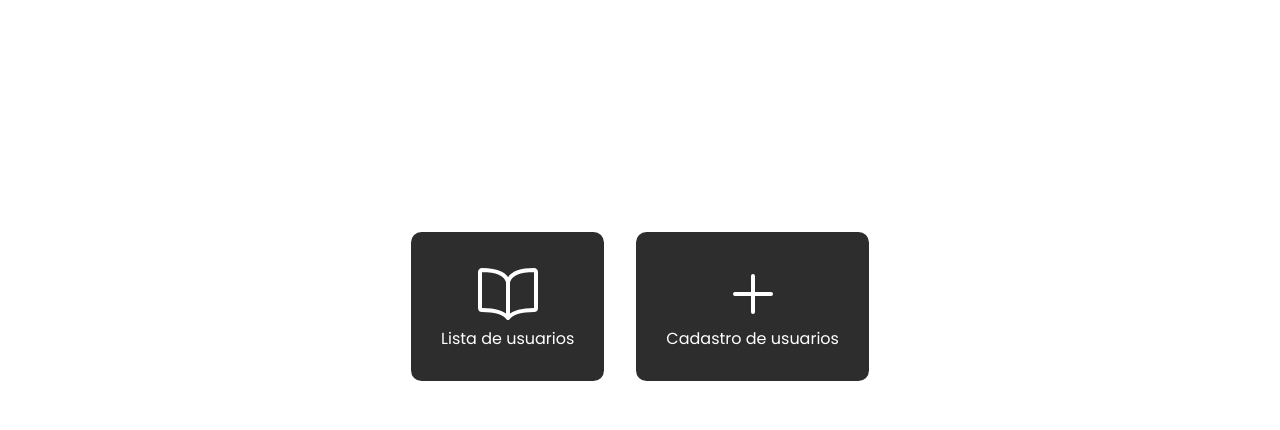
Repository: BeatrizFloriano96/myPagesSpeedLog
Page: html/usuarios.html
An editor plug-in stored every save of this project. The page is shown before and after the next save, followed by the edit.
The browser window is 1280 px wide. The pictures show the whole page.

Above is the page before, as saved 2022-01-29 13:17:21.

After the next save:
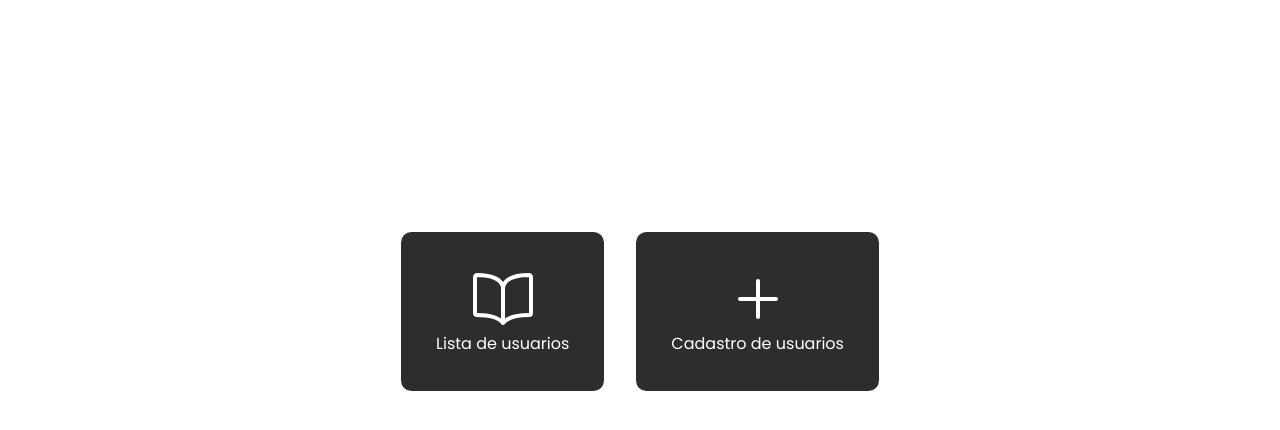
Saved 9 s later.
--- a/css/usuarios.css
+++ b/css/usuarios.css
@@ -15,7 +15,7 @@
         min-height: 20vh;
         min-width: 25vh;
         margin: 1rem;
-        padding: 30px;
+        padding: 35px;
         border-radius: 10.5px;
         text-align: center;
 
